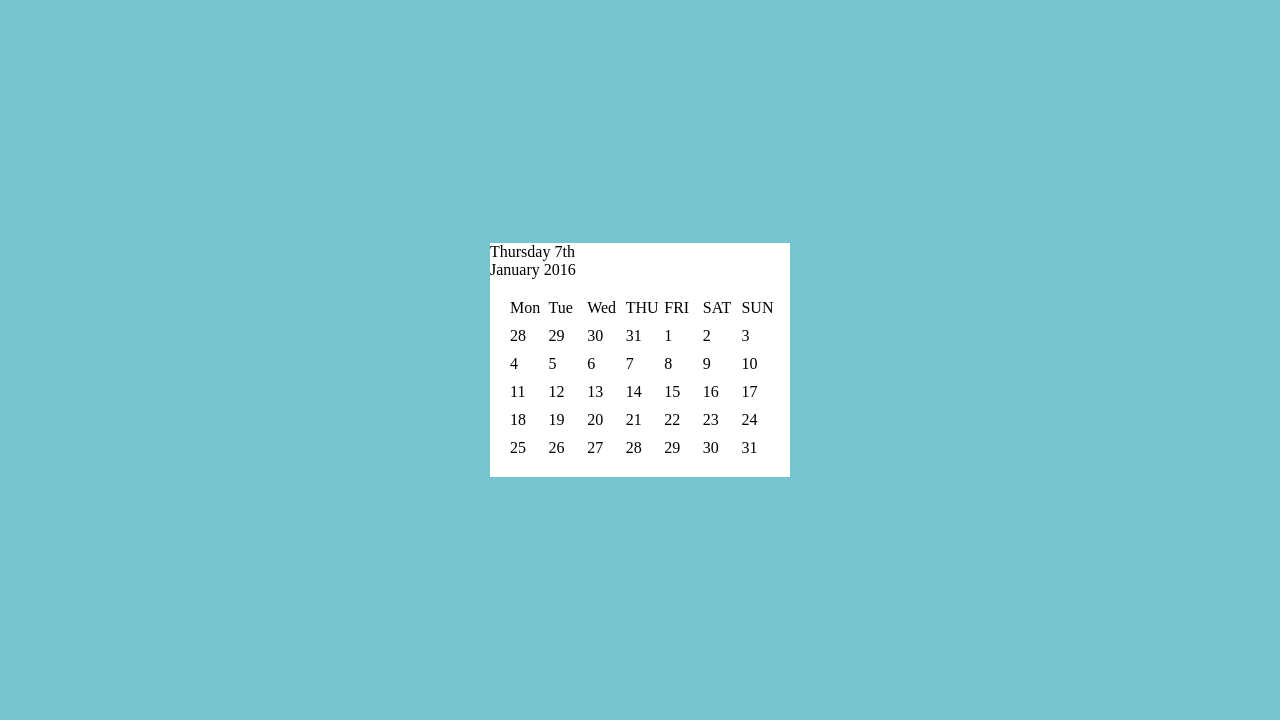
Repository: KYUUBI-K/HTML
Page: За 1 курс/Лаб 4/calendar.html
The author's editor kept a copy of each file at every save. The page is drawn from the files as they stood at one save, then again after the next save.
The browser window is 1280 px wide. The pictures show the whole page.

Above is the page before, as saved 2021-03-30 13:26:18.

After the next save:
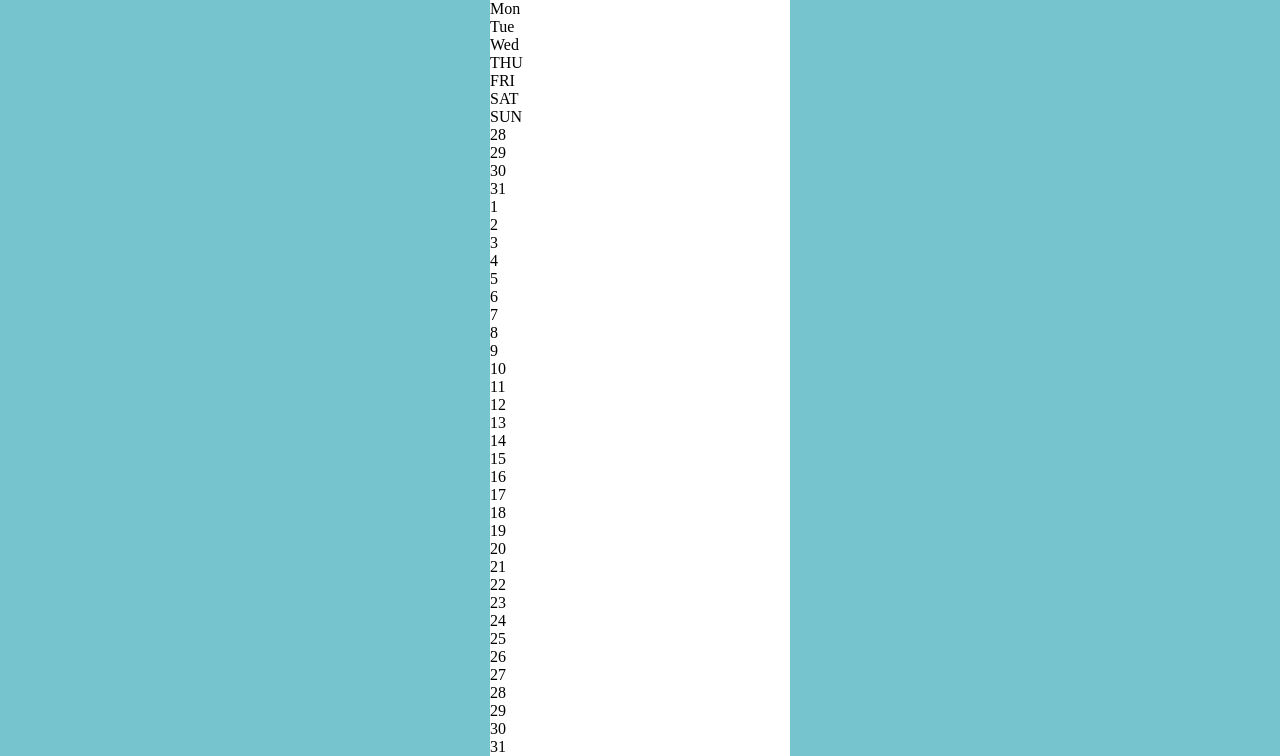
Saved 16 s later.
--- a/За 1 курс/Лаб 4/for_calend.css
+++ b/За 1 курс/Лаб 4/for_calend.css
@@ -13,14 +13,13 @@
     box-sizing: border-box;
 
 }
-.calendar .date{
+.calendar .date .today{
     padding: 20px;
     display: grid;
     grid-template-columns: repeat(auto-fit,minmax(25px,1fr));
     grid-gap: 10px;
     box-sizing: border-box;
 }
-.calendar .today{
+.today{
     display: grid;
-
 }

After the save that followed:
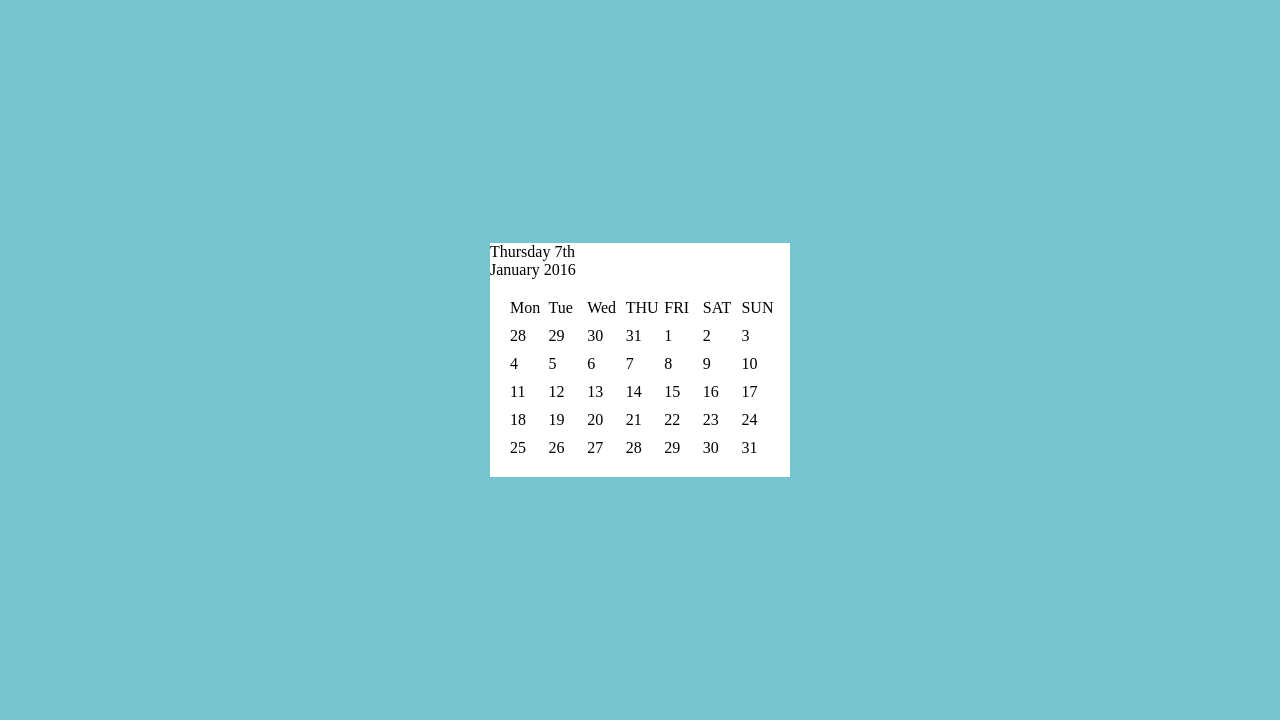
Saved 8 s later.
--- a/За 1 курс/Лаб 4/for_calend.css
+++ b/За 1 курс/Лаб 4/for_calend.css
@@ -13,7 +13,7 @@
     box-sizing: border-box;
 
 }
-.calendar .date .today{
+.calendar .date{
     padding: 20px;
     display: grid;
     grid-template-columns: repeat(auto-fit,minmax(25px,1fr));
